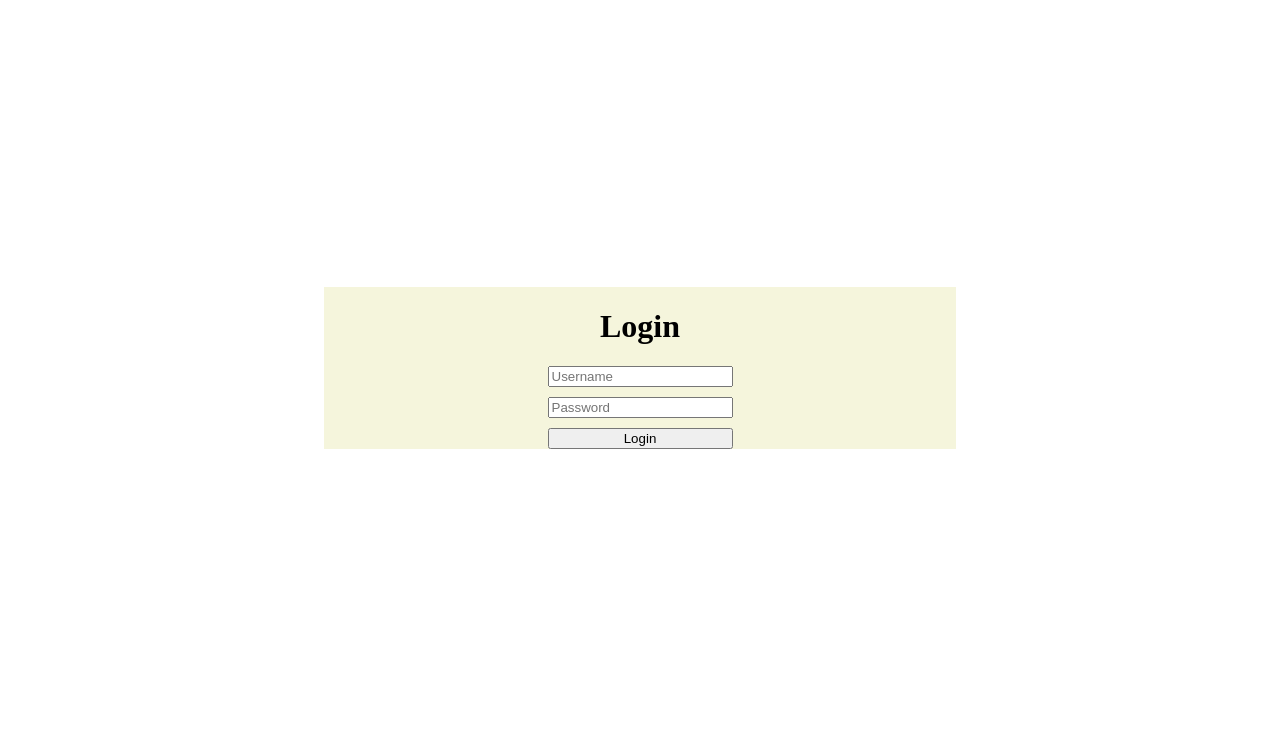
Repository: Appl3Kitti3/PROJECT_4537
Page: ClientSide/login.html
The author's editor kept a copy of each file at every save. The page is drawn from the files as they stood at one save, then again after the next save.
The browser window is 1280 px wide. The pictures show the whole page.

Above is the page before, as saved 2024-10-17 21:10:30.

### ClientSide/login.html
<!DOCTYPE html>
<html>
    <head>
        <title>Login</title>

        <style>
            .main-container
            {
                display: flex;
                flex-direction: column;
                align-items: center;
                background-color: beige;
                width: 50%;
            }

            form
            {
                display: flex;
                flex-direction: column;
                gap: 10px;
            }

            body
            {
                display: flex;
                justify-content: center;
                align-items: center;
                height: 100vh;
            }

        </style>
    </head>

    <body>
        <div class="main-container">
            <h1>
                Login
            </h1>

            <form
                action="./story.html">
                <input type="text" id="username" placeholder="Username" />
                <input type="password" id="password" placeholder="Password" />
                <input type="submit" value="Login" />
            </form>

        </div>
    </body>
</html>

After the next save:
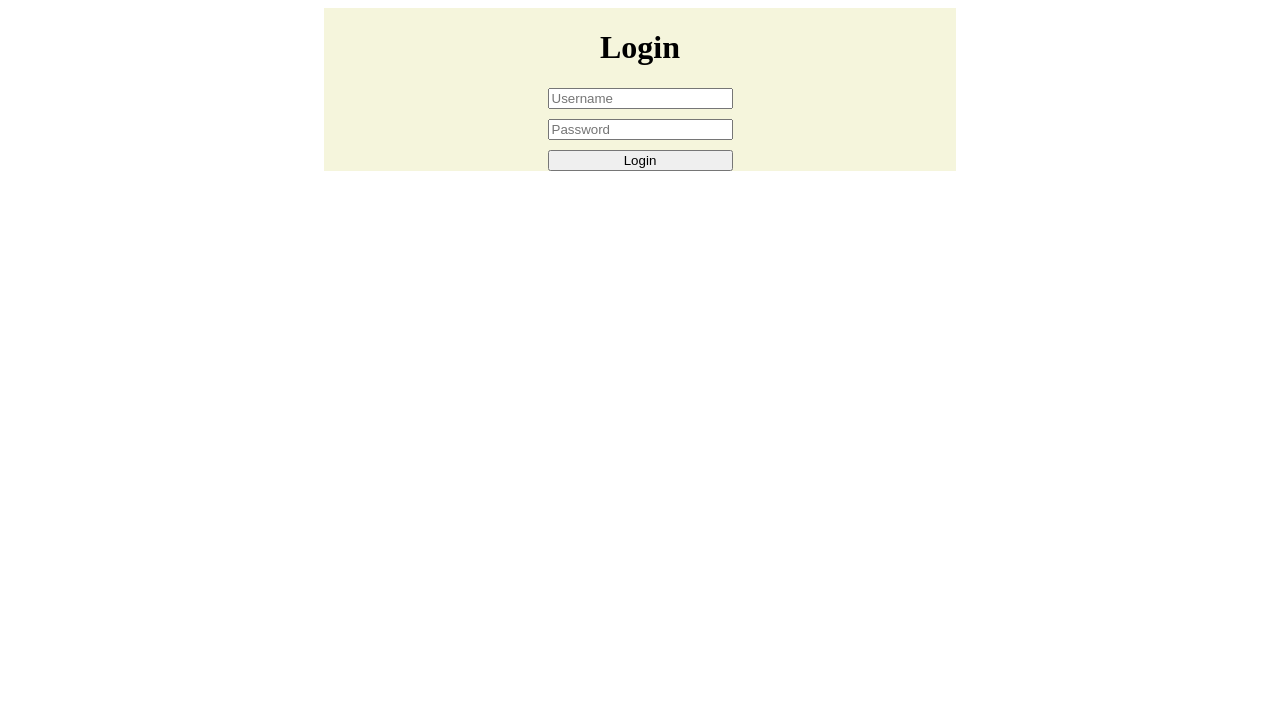
Saved 4 s later.
--- a/ClientSide/login.html
+++ b/ClientSide/login.html
@@ -25,7 +25,6 @@
                 display: flex;
                 justify-content: center;
                 align-items: center;
-                height: 100vh;
             }
 
         </style>

After the 2 saves that followed:
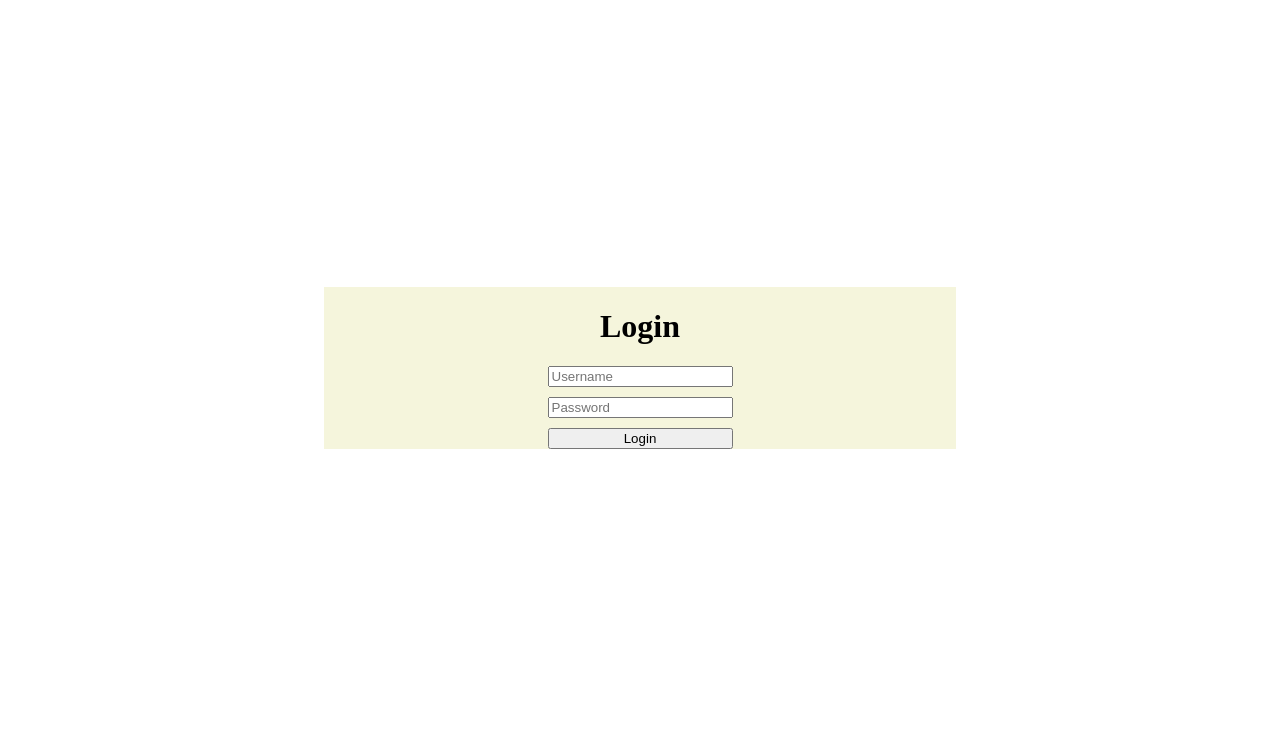
The 2 saves are shown as one change because they came seconds apart.
The last was saved 20 s later.
--- a/ClientSide/login.html
+++ b/ClientSide/login.html
@@ -25,6 +25,7 @@
                 display: flex;
                 justify-content: center;
                 align-items: center;
+                height: 100vh;
             }
 
         </style>
